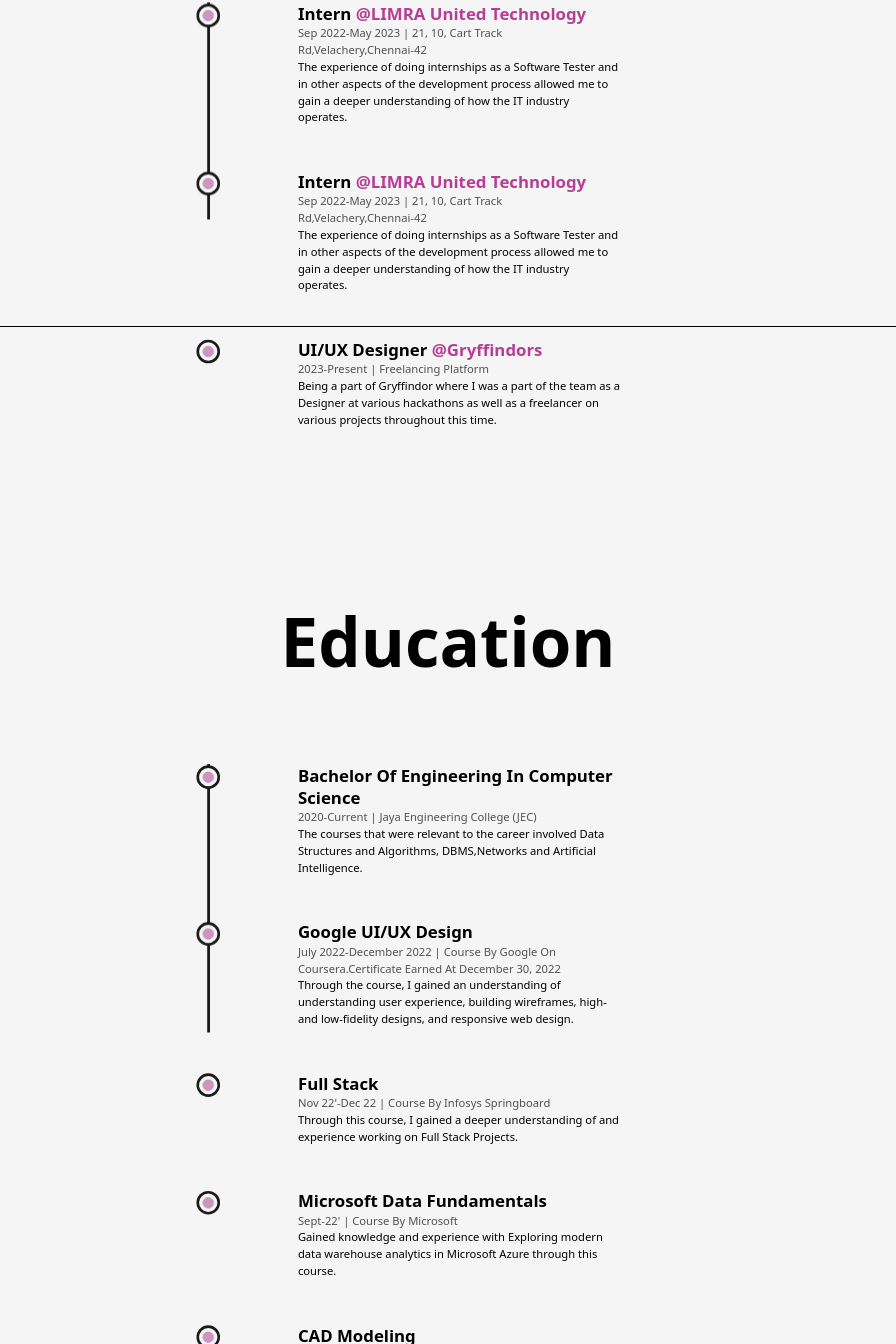
Repository: SMaheshwaran/PP
Page: /about
The author's editor kept a copy of each file at every save. The page is drawn from the files as they stood at one save, then again after the next save.
The browser window is 1280 px wide. The pictures show the part of the page from y = 2439 to 4359 px (the page is 5300 px tall before and 5332 px after), at 70% of full size.
The project was rebuilt for these pictures with package versions that can differ from the ones it lists, and the page was loaded fresh each time. The framework's server and built-in components were replaced by stand-ins that run in the browser. Also part of the build but not shown: next.config.js.

Above is the page before, as saved 2023-11-01 14:07:32.

After the next save:
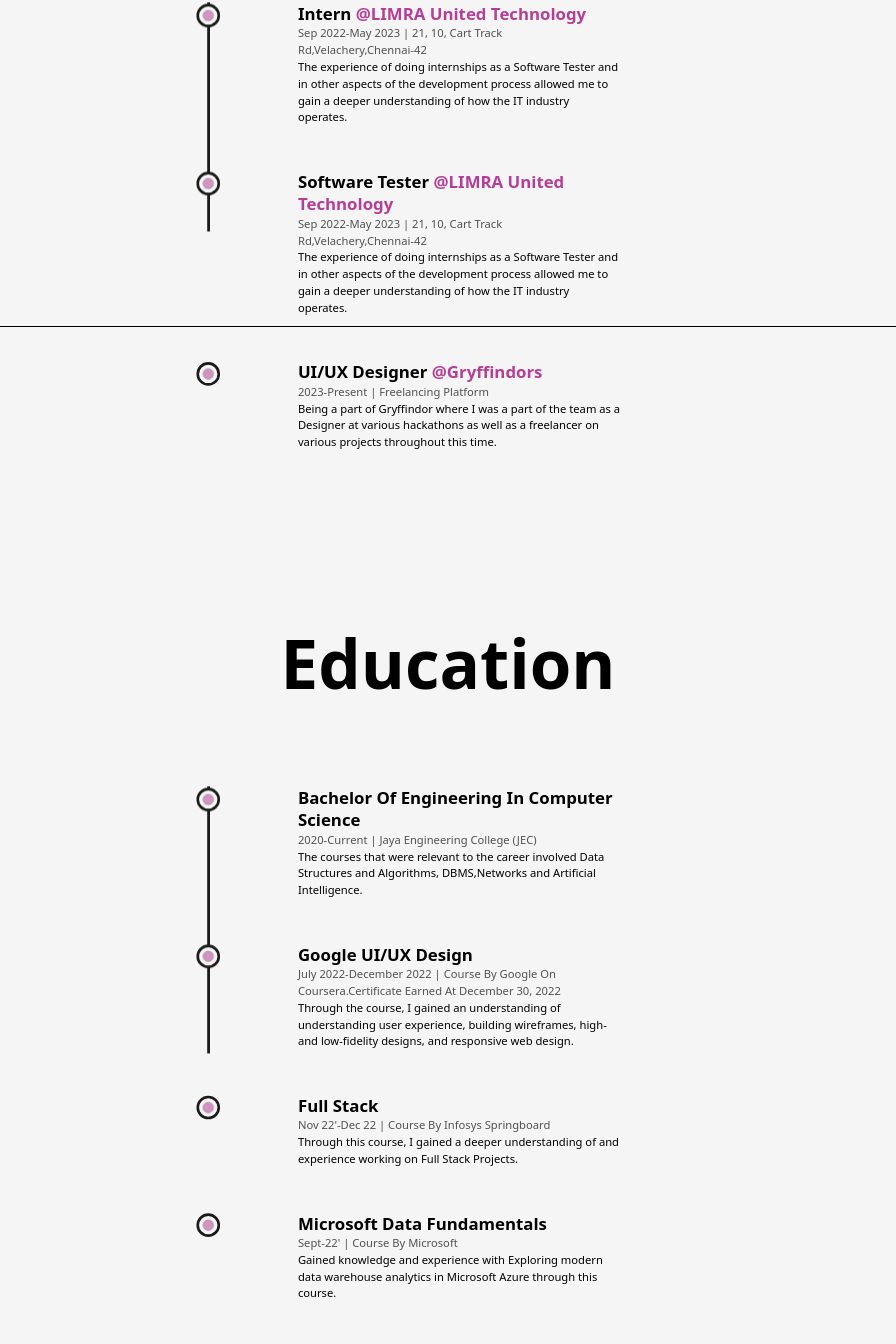
Saved 17 s later.
--- a/src/components/Experience.js
+++ b/src/components/Experience.js
@@ -66,7 +66,7 @@ md:w-[2px] md:left-[35px] xs:left-[33px]
             />
 
             <Details
-            position="Intern"
+            position="Software Tester"
             company="LIMRA United Technology"
             commpanyLink="https://www.linkedin.com/company/limraunited/mycompany/"
             time="Sep 2022-May 2023"
